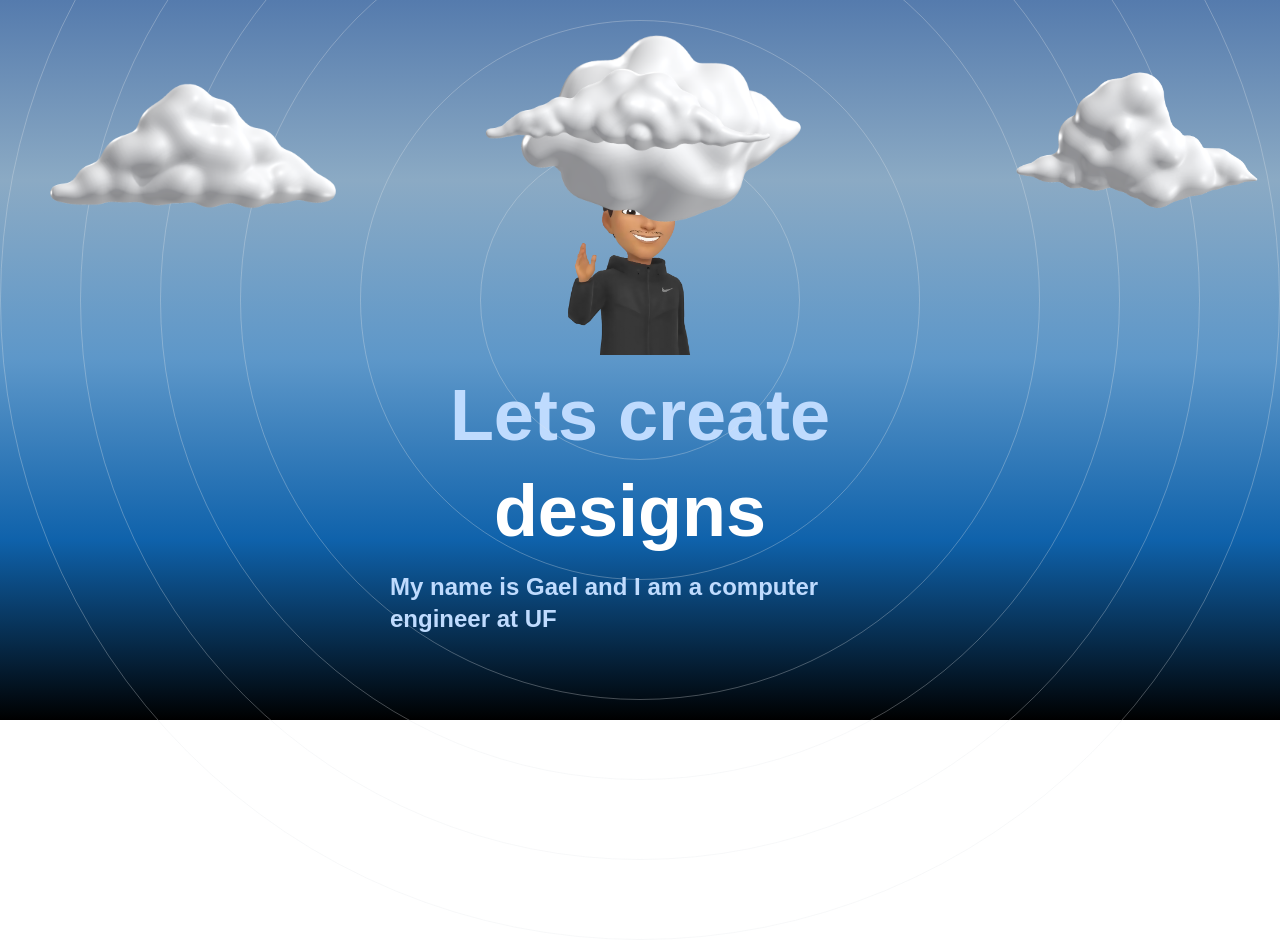
Repository: GG1627/2d-portfolio
Page: /
An editor plug-in stored every save of this project. The page is shown before and after the next save, followed by the edit.
The browser window is 1280 px wide. The pictures show the whole page.
The project was rebuilt for these pictures with package versions that can differ from the ones it lists, and the page was loaded fresh each time. The framework's server and built-in components were replaced by stand-ins that run in the browser. Also part of the build but not shown: next.config.ts.

Above is the page before, as saved 2025-01-07 15:54:40.

After the next save:
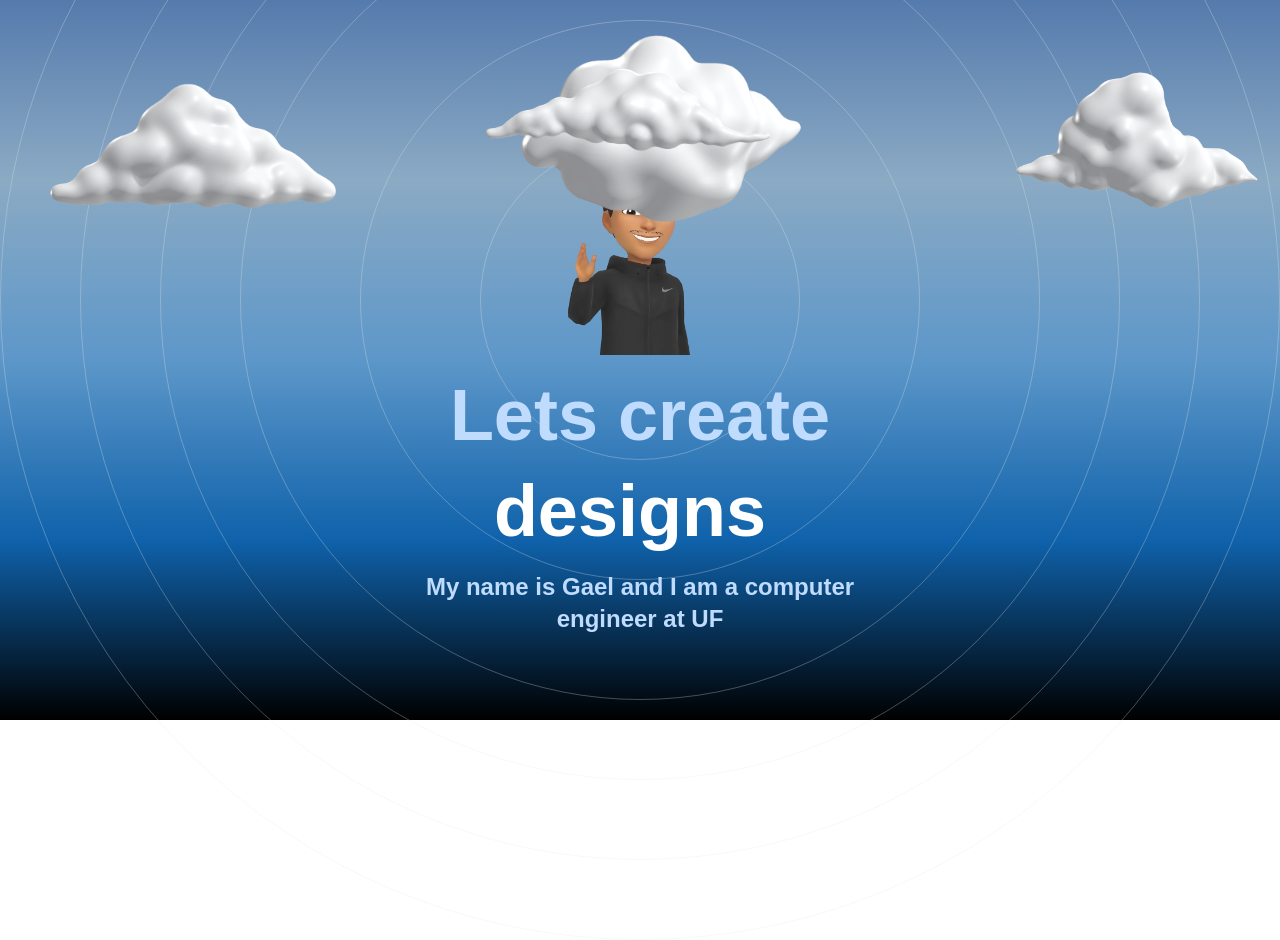
Saved 21 s later.
--- a/app/components/ui/Hero.tsx
+++ b/app/components/ui/Hero.tsx
@@ -15,7 +15,7 @@
       }}
       className="overflow-x-clip min-h-screen pt-12 flex items-center justify-center"
     >
-      <div className="container mx-auto relative space-y-6 flex items-center justify-center flex-col">
+      <div className="container mx-auto relative space-y-6 flex items-center justify-center flex-col text-center">
         <Image
           src="/avatar.png"
           alt="avatar"
